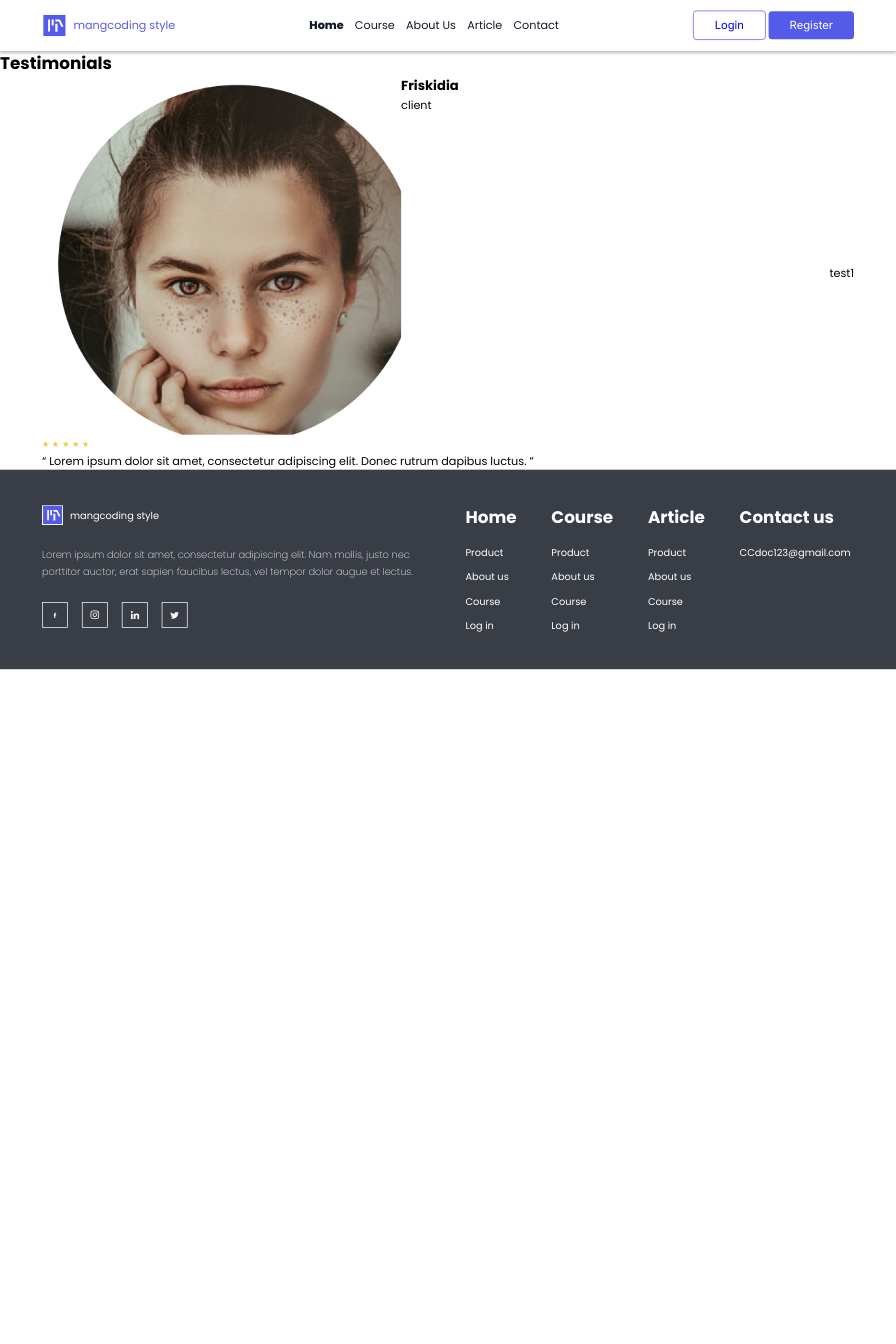
Repository: Dania-Alqam/landing-page
Page: index.html
An editor plug-in stored every save of this project. The page is shown before and after the next save, followed by the edit.
The browser window is 1280 px wide. The pictures show the part of the page from y = 0 to 1920 px (the page is 5000 px tall), at 70% of full size.

Above is the page before, as saved 2024-06-22 00:59:13.

After the next save:
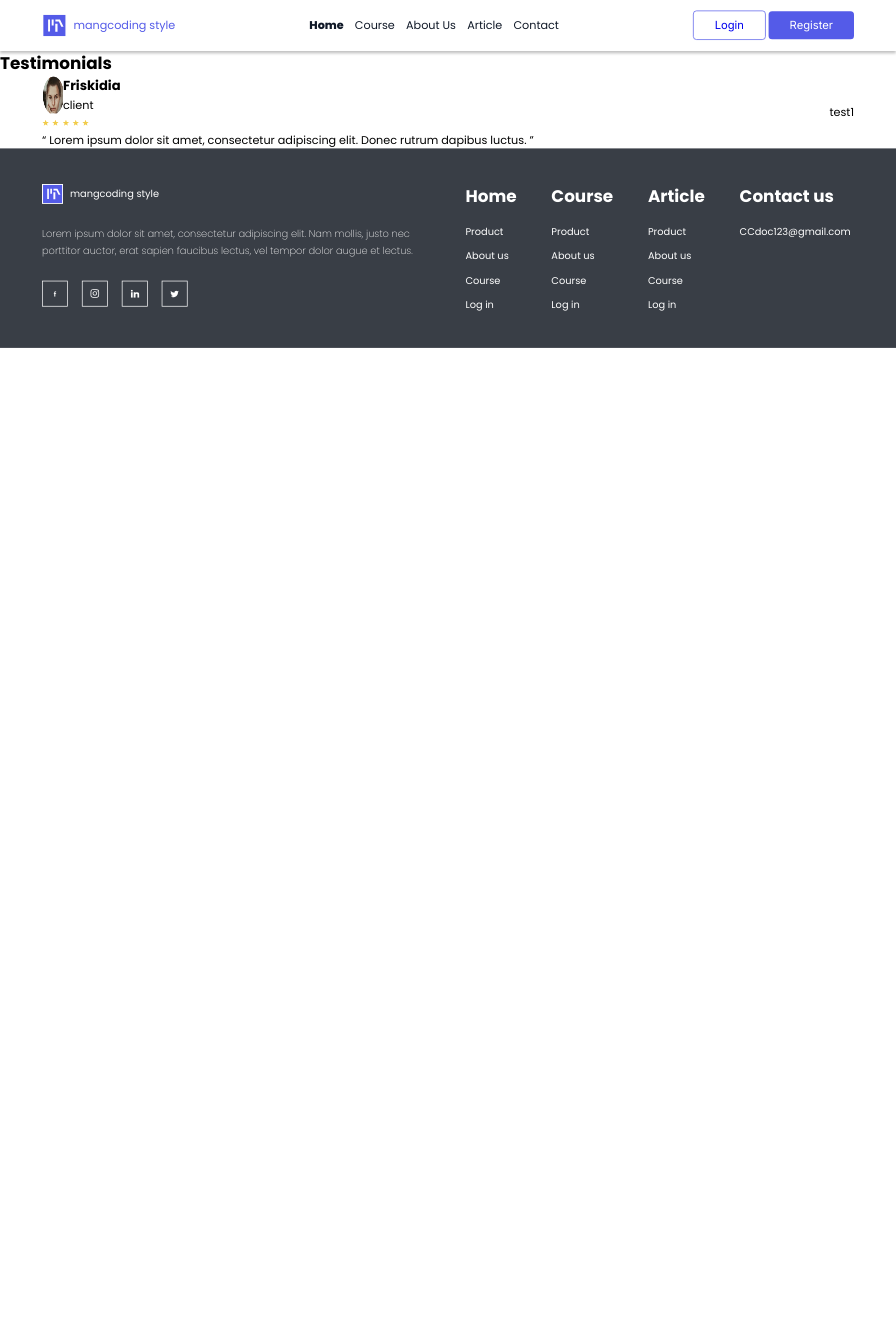
Saved 4 s later.
--- a/assests/css/main.css
+++ b/assests/css/main.css
@@ -140,6 +140,6 @@
     display: flex;
   }
   .testimonial .user-info img{
-    wo
+    width: 30px;
   }
 /* end footer */
